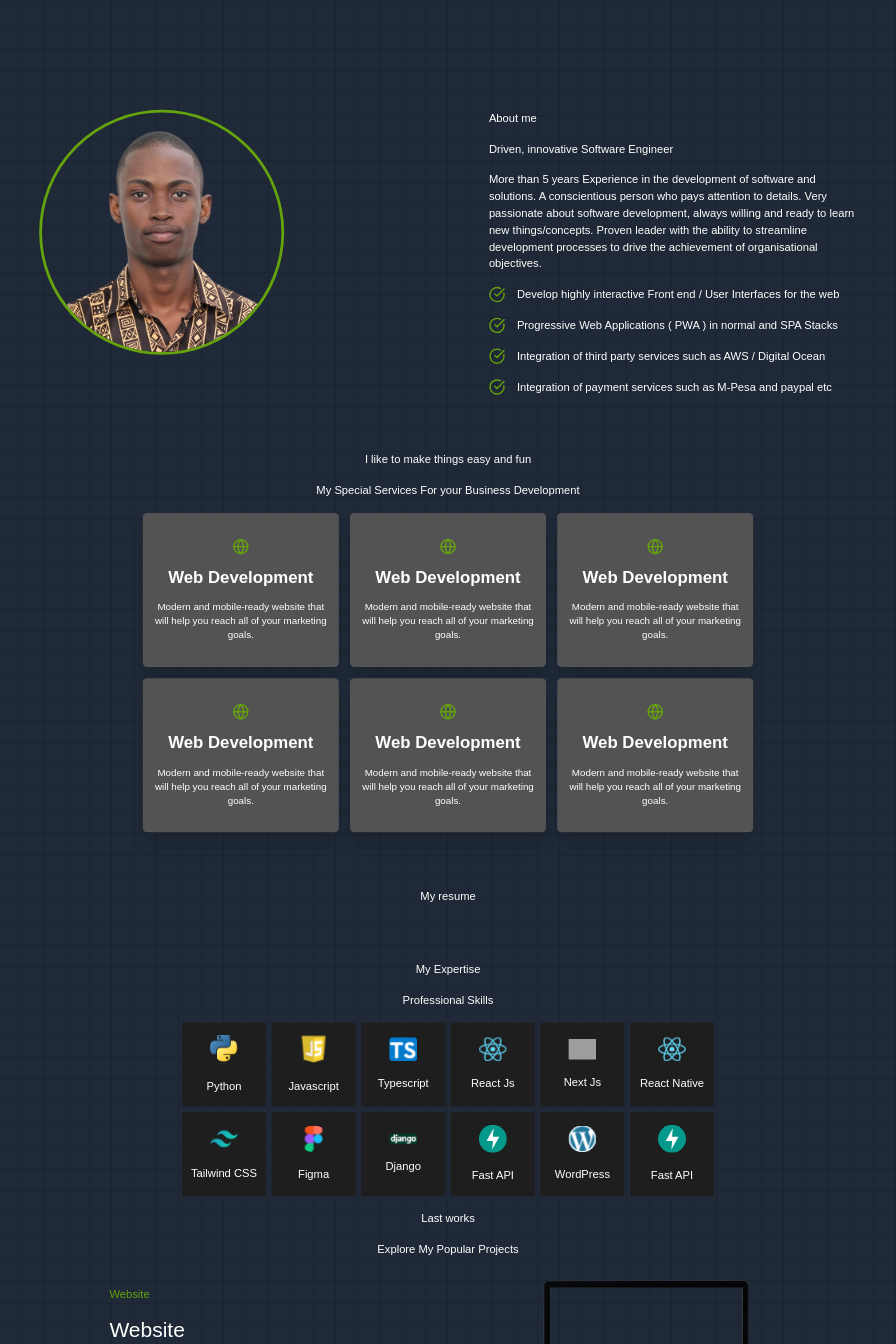
Repository: BrunelDev/portfolioV2
Page: /
The author's editor kept a copy of each file at every save. The page is drawn from the files as they stood at one save, then again after the next save.
The browser window is 1280 px wide. The pictures show the part of the page from y = 667 to 2587 px (the page is 5012 px tall), at 70% of full size.
Pictures or frames that could not be fetched are drawn as grey boxes. The project was rebuilt for these pictures with package versions that can differ from the ones it lists, and the page was loaded fresh each time. The framework's server and built-in components were replaced by stand-ins that run in the browser. Also part of the build but not shown: next.config.ts.

Above is the page before, as saved 2024-12-06 09:17:26.

After the next save:
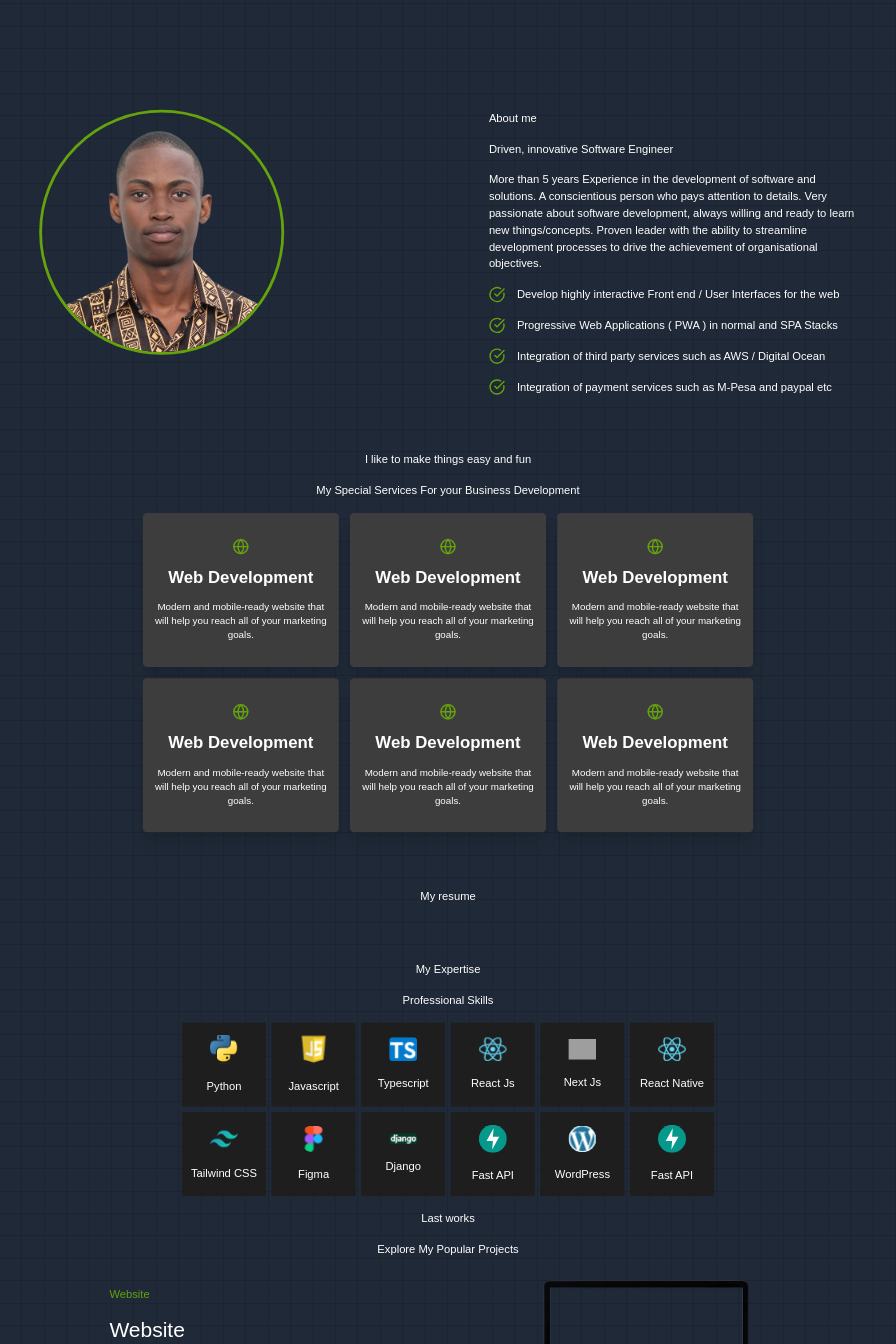
Saved 12 s later.
--- a/app/components/serviceComponent.tsx
+++ b/app/components/serviceComponent.tsx
@@ -10,7 +10,7 @@
   description: string;
 }) {
   return (
-    <div className="flex flex-col space-y-4 p-4 w-[280px] h-[220px] justify-center items-center bg-[#535353] rounded-md shadow-xl ">
+    <div className="flex flex-col space-y-4 p-4 w-[280px] h-[220px] justify-center items-center bg-[#3e3d3d] rounded-md shadow-xl ">
       <Icon color="#65a30d"/>
       <h2 className="text-2xl font-bold">{title}</h2>
       <p className="text-center text-sm">{description}</p>
